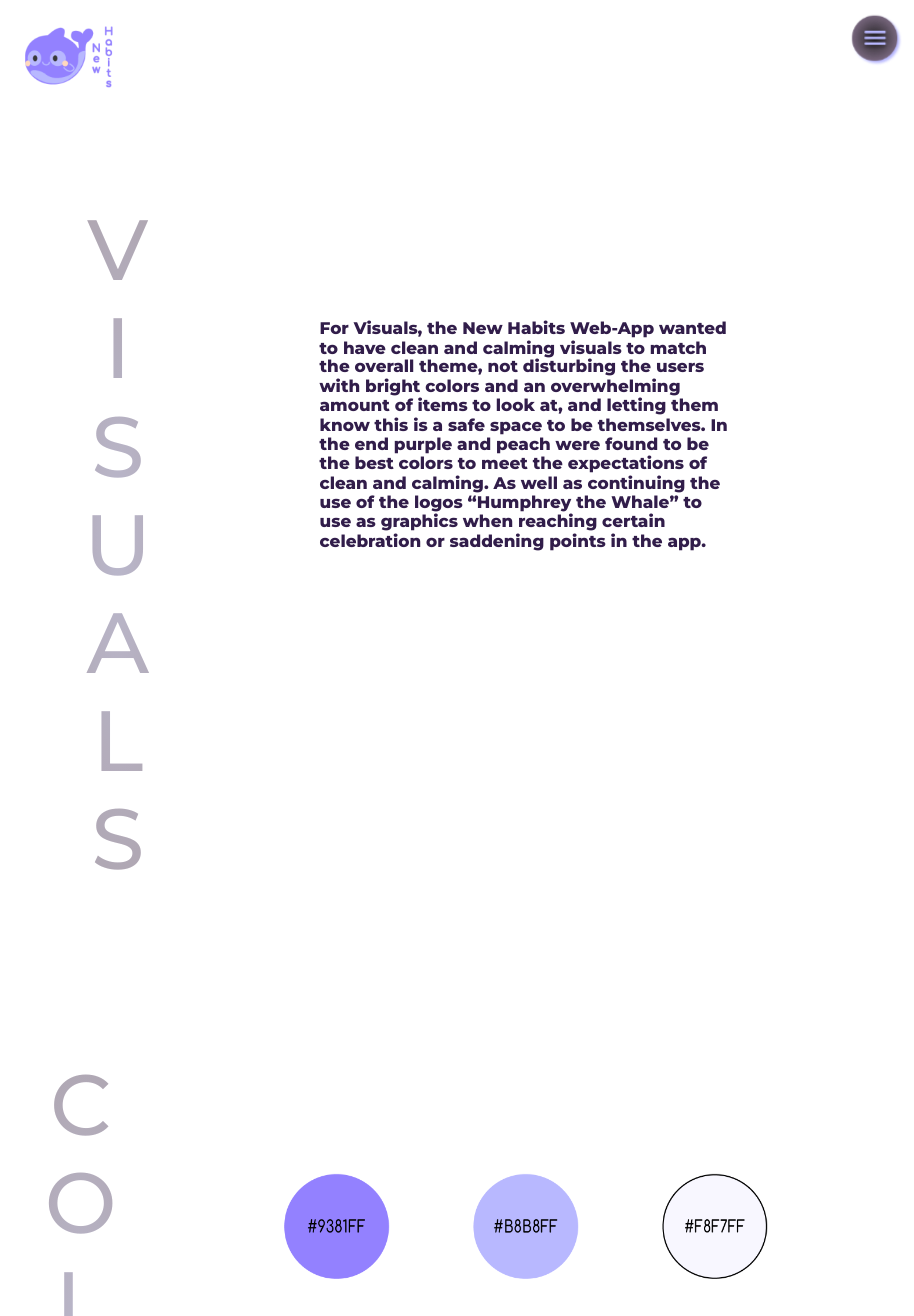
Repository: sierralaurent/Styleguide-Big_Project
Page: visuals.html
An editor plug-in stored every save of this project. The page is shown before and after the next save, followed by the edit.
The browser window is 1280 px wide. The page is 1280 px wide, then 1306 px, so the pictures cover 1306 px, including what lies to the right of the window. The pictures show the part of the page from y = 0 to 1880 px (the page is 3697 px tall before and 3609 px after), at 70% of full size.
Some web fonts or font styles are not loaded; a fallback is used.

Above is the page before, as saved 2023-03-11 12:17:09.

After the next save:
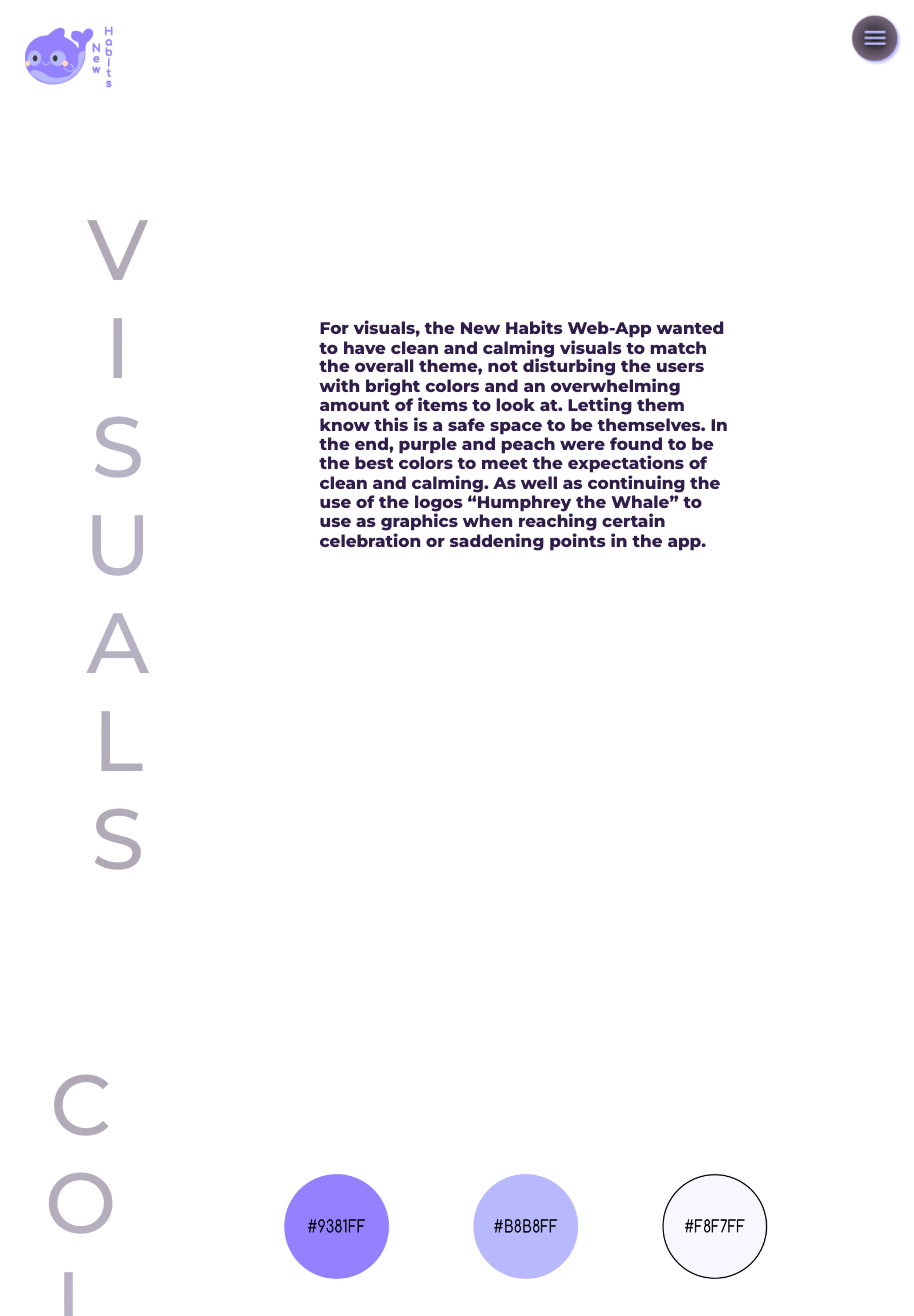
Saved 9 s later.
--- a/visuals.html
+++ b/visuals.html
@@ -60,9 +60,9 @@
             <br />
           </p>
           <p class="home-text17 body">
-            For Visuals, the New Habits Web-App wanted to have clean and calming visuals to match the overall theme,
-            not disturbing the users with bright colors and an overwhelming amount of items to look at, and letting
-            them know this is a safe space to be themselves. In the end purple and peach were found to be the best
+            For visuals, the New Habits Web-App wanted to have clean and calming visuals to match the overall theme,
+            not disturbing the users with bright colors and an overwhelming amount of items to look at. Letting
+            them know this is a safe space to be themselves. In the end, purple and peach were found to be the best
             colors to meet the expectations of clean and calming. As well as continuing the use of the logos
             “Humphrey the Whale” to use as graphics when reaching certain celebration or saddening points in the app.
           </p>
@@ -123,7 +123,7 @@
               <span>S</span>
               <br />
             </p>
-            <div class="home-text17 body">
+            <div class="home-text11 body">
               <div>
                 <img src="assets/Icons/Happi.png" alt="happiwhale" width="250px" height="200px">
                 <br />
